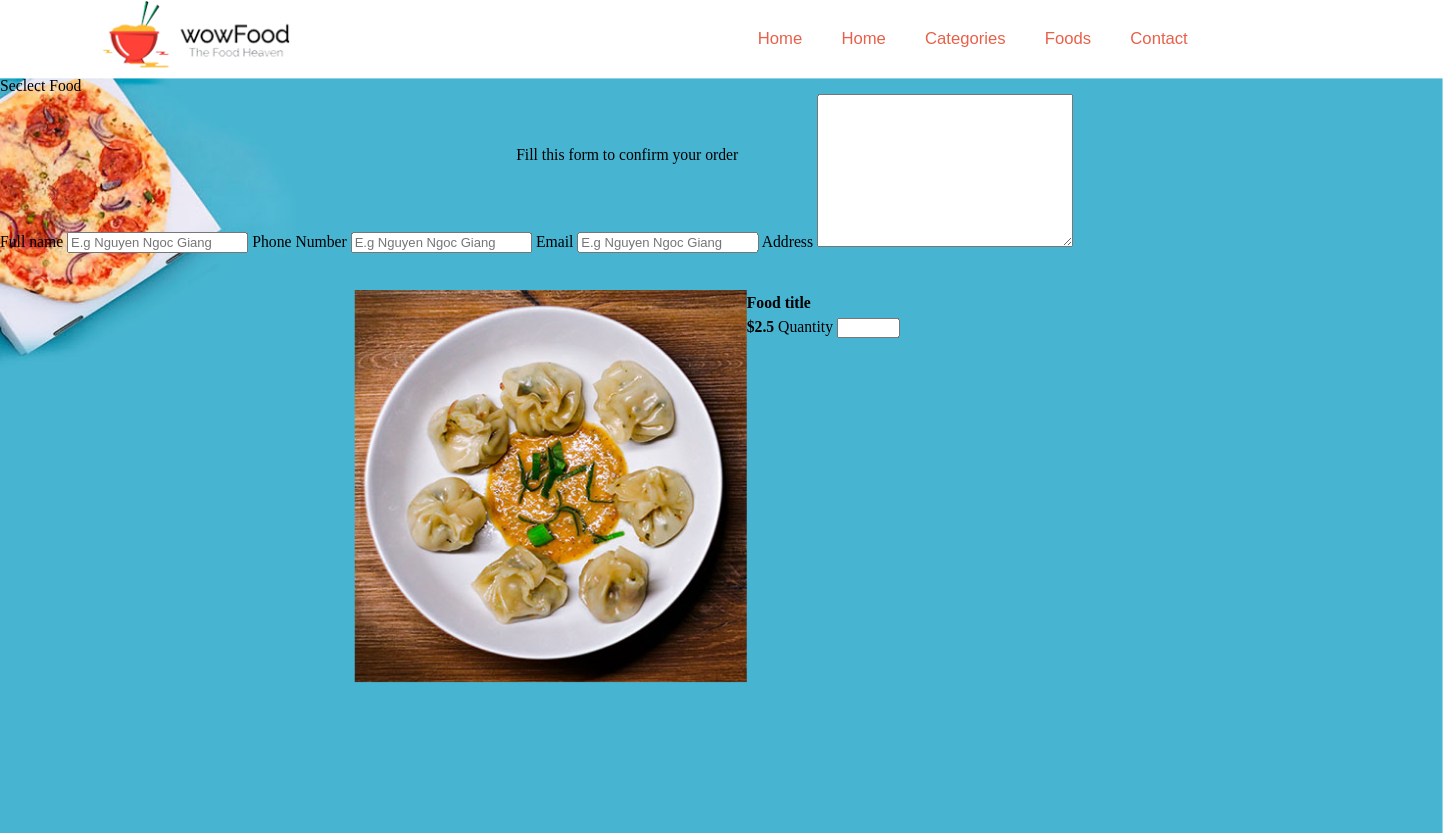
Repository: ruaruababa/WowFood
Page: order.html
The author's editor kept a copy of each file at every save. The page is drawn from the files as they stood at one save, then again after the next save.
The browser window is 1280 px wide. The page is 1472 px wide, so the pictures cover 1472 px, including what lies to the right of the window. The pictures show the whole page, at 98% of full size.

Above is the page before, as saved 2021-09-19 22:03:36.

### order.html
<!DOCTYPE html>
<html lang="en">

<head>
    <meta charset="UTF-8">
    <meta http-equiv="X-UA-Compatible" content="IE=edge">
    <meta name="viewport" content="width=device-width, initial-scale=1.0">
    <title>Order Food</title>
    <link rel="stylesheet" href="./style.css">
    <link rel="stylesheet" href="./reset.css">
    <link rel="stylesheet" href="./order.css">
</head>

<body>
    <nav>
        <input type="checkbox" id="check" />
        <label for="check" class="checkbtn">
            <i class="fas fa-bars"></i>
        </label>
        <label class="logo">
            <img src="./img/logo.png" alt="" class="img-logo" />
        </label>
        <ul class="navbar">
            <li><a class="active" href="#">Home</a></li>
            <li><a href="#">Home</a></li>
            <li><a href="#">Categories</a></li>
            <li><a href="#">Foods</a></li>
            <li><a href="#">Contact</a></li>
        </ul>
    </nav>
    <section id=section-order>
        <img src="./bgorder.jpg" alt="" class="bgr" style="position: absolute; z-index: -1;">
        <div class="container-order">
            <form action="">
                <h3 class="title-order">Fill this form to confirm your order</h3>
                <label for="" class="seclect">Seclect Food</label>
                <div class="container-seclect-food">
                    <div class="img-food">
                        <img src="./img/menu-momo.jpg" alt="" class="bgr-item" />
                    </div>
                    <div class="content-food">
                        <h6 class="title-item">Food title</h6>
                        <span class="price-item">$2.5</span>
                        <label for="" class="quantity">Quantity</label>
                        <input type="number" min="1" max="100">
                    </div>
                </div>
                <div class="container-delivery-title">
                    <lable class="full-name">Full name</lable>
                    <input type="text" placeholder="E.g Nguyen Ngoc Giang">
                    <lable class="phone-number">Phone Number</lable>
                    <input type="text" placeholder="E.g Nguyen Ngoc Giang">
                    <lable class="email">Email</lable>
                    <input type="text" placeholder="E.g Nguyen Ngoc Giang">
                    <lable class="Address">Address</lable>
                    <textarea name="address" id="" cols="30" rows="10"></textarea>


                </div>
            </form>
        </div>
    </section>
</body>

</html>

### style.css

li {
  text-decoration: none;
}

a {
  text-decoration: none;
}

nav {
  height: 80px;
  width: 100%;
}

label.logo {
  padding: 0 100px;
}

nav ul {
  float: right;
  margin-right: 50px;
}

nav ul li {
  display: inline-block;
  line-height: 80px;
  margin: 0 5px;
  font-family: "Poppins", sans-serif;
}

nav ul li a {
  color: #e7614a;
  font-size: 17px;
  padding: 7px 13px;
  border-radius: 3px;
}

.checkbtn {
  font-size: 30px;
  color: white;
  float: right;
  line-height: 80px;
  margin-right: 40px;
  cursor: pointer;
  display: none;
}

#check {
  display: none;
}

ul:hover li {
  filter: blur(3px);
  opacity: 0.5;
  transform: scale(0.98);
  box-shadow: none;
}

ul:hover li:hover {
  transform: scale(1.1);
  filter: blur(0px);
  opacity: 1;
  box-shadow: 0 8px 20px 0px rgba(0, 0, 0, 0.125);
}

.container-section-search {
  position: relative;
  text-align: center;
  margin-top: 15px;
}

.background-search {
  height: 250px;
}

.background-search img {
  height: inherit;
  width: 100%;
  object-fit: cover;
}

.form {
  width: 100%;
  position: absolute;
  top: 50%;
  left: 50%;
  transform: translate(-50%, -50%);
  height: 22px;
}

.input-search {
  width: 35%;
  height: inherit;
}

.btn-search {
  background-color: rgba(250, 59, 59, 0.849);
  border: none;
  border-radius: 5px;
  font-size: 14px;
  color: white;
  cursor: pointer;
  padding: 3px;
}

#section-collection {
  position: relative;
}

.container-section-collection {
  height: max-content;
}

.explore-food {
  padding-top: 70px;
  text-align: center;
  font-size: 24px;
  font-family: "Poppins", sans-serif;
}

.collection-food {
  width: 100%;
}

.list-food {
  margin-top: 50px;
  display: flex;
  justify-content: center;
  column-gap: 50px;
}

.list-food li {
  width: 330px;
  height: 400px;
  transition: 0.2s all;
}

.list-food li:hover {
  transform: scale(0.95);
}

.list-food li img {
  width: 100%;
  height: 100%;
  object-fit: cover;
  border-radius: 10px;
}

.list-food li span {
  font-family: "Poppins", sans-serif;
  display: block;
  font-size: 20px;
  text-align: center;
  color: #ffffff;
  margin-top: -50px;
}

article {
  background-color: #ececec;
}

.title-food-menu {
  padding-top: 70px;
  font-size: 24px;
  text-align: center;
  font-family: "Poppins", sans-serif;
}

.container-menu {
  padding-top: 50px;
  display: grid;
  grid-gap: 20px;
  grid-template-columns: repeat(auto-fit, minmax(550px, 1fr));
  grid-auto-rows: 180px;
  justify-items: center;
  font-family: "Poppins", sans-serif;
}

.container-item:nth-child(odd) {
  justify-self: end;
}

.container-item:nth-child(even) {
  justify-self: start;
}

.container-item {
  background-color: #ffffff;
  display: flex;
  align-items: center;
  border-radius: 15px;
}

.container-item img {
  width: 25%;
  height: 70%;
  object-fit: cover;
  border-radius: 15px;
  margin: 0 28px;
}

.container-item .item-content {
  width: 100%;
  height: 70%;
  object-fit: cover;
  border-radius: 15px;
  margin: 0 28px;
}

.item-content {
  display: inline-block;
}

.title-item {
  font-size: 16px;
  font-weight: bold;
  line-height: 25px;
}

.price-item {
  line-height: 25px;
  font-weight: bold;
}

.des-item {
  font-size: 14px;
  line-height: 20px;
  color: #747d9c;
}

.oder-item {
  text-decoration: none;
  background-color: #f56b81;
  color: white;
  border-radius: 5px;
  padding: 3px;
  display: inline-block;
}

.footer-food-menu {
  margin-top: 30px;
}

.see-all-foods {
  display: block;
  text-align: center;
  text-decoration: none;
  color: #f56b81;
  padding-bottom: 50px;
  font-family: "Poppins", sans-serif;
  transition: 0.2s all;
}

.see-all-foods:hover {
  text-decoration: underline;
  transform: scale(1.1);
}

.social-network-icon {
  display: flex;
  justify-content: center;
  margin-top: 30px;
}

.icon-insta {
  margin: 0 30px;
}

.license {
  margin-top: 40px;
  margin-bottom: 30px;
  font-family: "Poppins", sans-serif;
}

.license p {
  text-align: center;
}

.license p a {
  text-decoration: none;
  color: #e7614a;
}

@media (max-width: 952px) {
  label.logo {
    padding-left: 50px;
  }

  nav ul li a {
    font-size: 16px;
  }

  .container-item:nth-child(odd) {
    justify-self: center;
  }

  .container-item:nth-child(even) {
    justify-self: center;
  }
}

@media (max-width: 858px) {
  i {
    color: black;
  }

  .checkbtn {
    display: block;
  }

  .navbar {
    position: fixed;
    width: 100%;
    height: 250px;
    left: -100%;
    text-align: center;
    transition: all 0.5s;
    z-index: 2;
    background-color: #ffffff;
  }

  nav ul li {
    display: block;
    margin: 10px 0;
    line-height: 30px;
  }

  nav ul li a {
    font-size: 20px;
  }

  #check:checked ~ ul {
    left: 0;
  }

  .container-section-collection {
    height: max-content;
  }
}

section {
  position: relative;
}
@media (max-width: 858px) {
   .container-menu {
    padding-top: 50px;
    display: grid;
    grid-gap: 20px;
    grid-template-columns: repeat(auto-fit, minmax(550px, 1fr));
    grid-auto-rows: 180px;
    justify-items: center;
    font-family: "Poppins", sans-serif;
  }
}

@media (max-width: 414px) {
  label img {
    margin-left: -50px;
  }
  i.fa-bars {
    margin-right: -20px;
  }
  .navbar {
    position: fixed;
    width: 414px;
    height: 250px;
    left: -100%;
    text-align: center;
    transition: all 0.5s;
    z-index: 2;
    background-color: #ffffff;
  }

  nav ul li {
    display: block;
    margin: 10px 0;
    line-height: 30px;
  }

  nav ul li a {
    font-size: 20px;
  }

  #check:checked ~ ul {
    left: 0;
  }
  .list-food {
    display: flex;
    flex-direction: column;
    gap: 15px;
  }

  .item {
    align-self: center;
  }

  .container-menu {
    padding-top: 50px;
    display: grid;
    grid-gap: 20px;
    grid-template-columns: repeat(auto-fit, minmax(375px, 1fr));
    grid-auto-rows: 180px;
    justify-items: center;
    font-family: "Poppins", sans-serif;
  }
}

@media (max-width: 375px) {
  label img {
    margin-left: -50px;
  }
  i.fa-bars {
    margin-right: -20px;
  }
  .navbar {
    position: fixed;
    width: 375px;
    height: 250px;
    left: -100%;
    text-align: center;
    transition: all 0.5s;
    z-index: 2;
    background-color: #ffffff;
  }

  nav ul li {
    display: block;
    margin: 10px 0;
    line-height: 30px;
  }

  nav ul li a {
    font-size: 20px;
  }

  #check:checked ~ ul {
    left: 0;
  }

  .list-food {
    display: flex;
    flex-direction: column;
    gap: 15px;
  }

  .item {
    align-self: center;
  }

  .container-menu {
    padding-top: 50px;
    display: grid;
    grid-gap: 20px;
    grid-template-columns: repeat(auto-fit, minmax(375px, 1fr));
    grid-auto-rows: 180px;
    justify-items: center;
    font-family: "Poppins", sans-serif;
  }
  @media (max-width: 320px) {
  label img {
    margin-top: -70px;
    margin-left: -50px;
    padding-bottom: 10px;
  }
  i.fa-bars {
    margin-right: -20px;
    padding-top: 20px;
  }
  .navbar {
    position: fixed;
    width: 320px;
    height: 250px;
    left: -100%;
    text-align: center;
    transition: all 0.5s;
    z-index: 2;
    background-color: #ffffff;
    margin-top: -5px;
  }

  nav ul li {
    display: block;
    margin: 10px 0;
    line-height: 30px;
  }

  nav ul li a {
    font-size: 20px;
  }

  #check:checked ~ ul {
    left: 0;
  }

  .list-food {
    display: flex;
    flex-direction: column;
    gap: 15px;
  }

  .item {
    align-self: center;
  }

  .container-menu {
    padding-top: 50px;
    display: grid;
    grid-gap: 20px;
    grid-template-columns: repeat(auto-fit, minmax(319px, 1fr));
    grid-auto-rows: 180px;
    justify-items: center;
    font-family: "Poppins", sans-serif;
  }
}

/* article{
  position: relative;
  top: 200px;
} */

### order.css
.container-order{
    position: relative;
}
.title-order{
    position: absolute;
    left: 50%;
    transform: translateX(-50%);
    padding-top: 70px;
}
.container-seclect-food{
    display: flex;
    position: absolute;
    left: 50%;
    transform: translateX(-50%);
    margin-top: 200px;
}

Loaded but not shown: reset.css (common file)

After the next save:
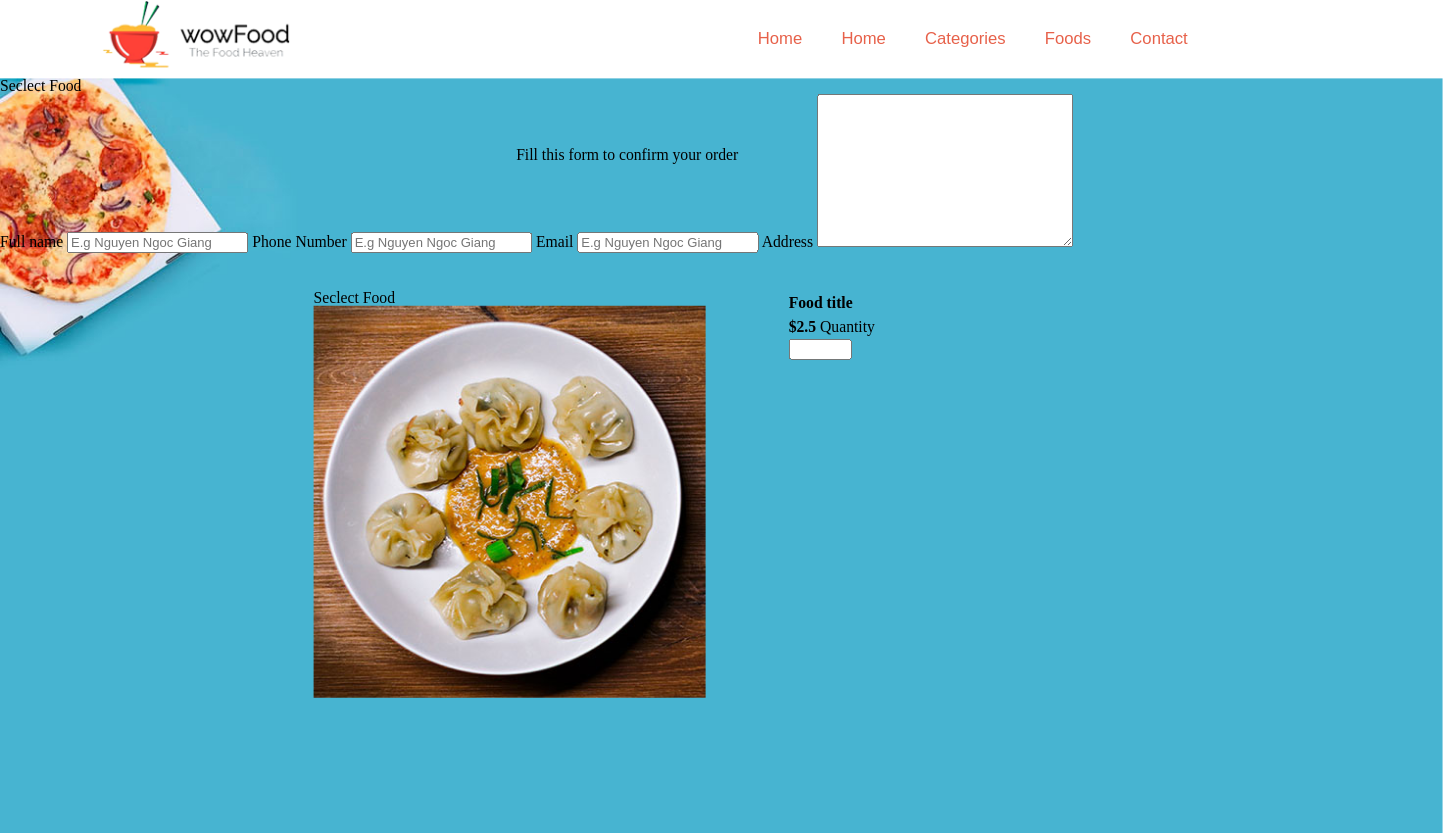
Saved 31 s later.
--- a/order.html
+++ b/order.html
@@ -36,6 +36,7 @@
                 <label for="" class="seclect">Seclect Food</label>
                 <div class="container-seclect-food">
                     <div class="img-food">
+                        <label for="" class="seclect">Seclect Food</label>
                         <img src="./img/menu-momo.jpg" alt="" class="bgr-item" />
                     </div>
                     <div class="content-food">
